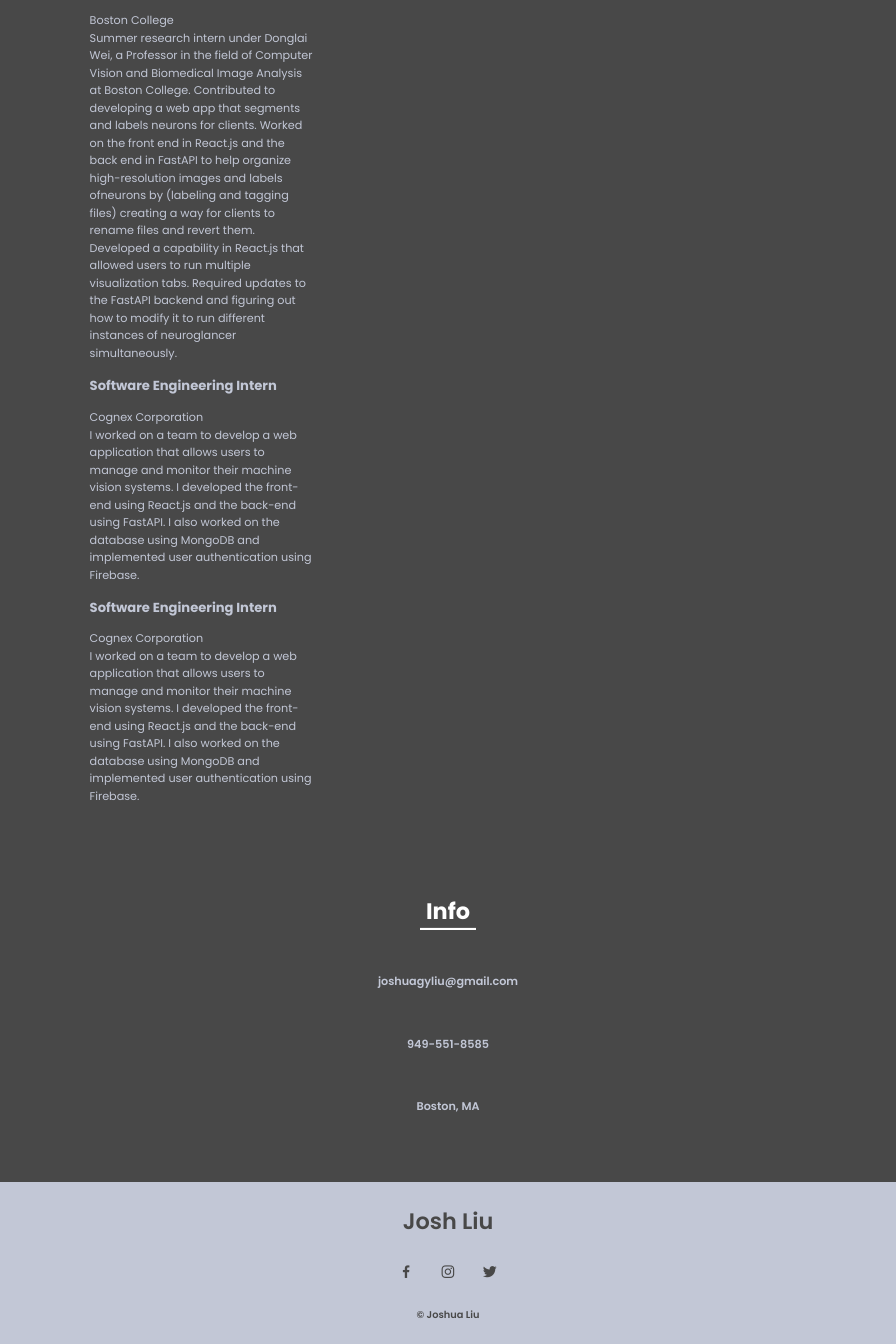
Repository: joshliu14/joshliu14.github.io
Page: index.html
An editor plug-in stored every save of this project. The page is shown before and after the next save, followed by the edit.
The browser window is 1280 px wide. The pictures show the part of the page from y = 2422 to 4342 px (the page is 4342 px tall), at 70% of full size.

Above is the page before, as saved 2024-02-01 00:34:50.

### index.html
<!DOCTYPE html>
<html lang="en">
  <head>
    <meta charset="UTF-8" />
    <meta name="viewport" content="width=device-width, initial-scale=1.0" />

    <link rel="stylesheet" href="assets/css/web.css" />

    <!-- =====BOX ICONS===== -->
    <link
      href="https://unpkg.com/boxicons@2.1.4/css/boxicons.min.css"
      rel="stylesheet"
    />

    <title>Joshua Liu</title>
  </head>
  <body>
    <!--===== HEADER =====-->
    <header class="l-header">
      <nav class="nav bd-grid">
        <div>
          <a href="#" class="nav__logo">Joshua Liu</a>
        </div>

        <div class="nav__menu" id="nav-menu">
          <ul class="nav__list">
            <li class="nav__item">
              <a href="#home" class="nav__link active-link">Home</a>
            </li>
            <li class="nav__item">
              <a href="#about" class="nav__link">About</a>
            </li>
            <li class="nav__item">
              <a href="#skills" class="nav__link">Skills</a>
            </li>
            <li class="nav__item">
              <a href="#work" class="nav__link">Experience</a>
            </li>
            <li class="nav__item">
              <a href="#contact" class="nav__link">Info</a>
            </li>
          </ul>
        </div>

        <div class="nav__toggle" id="nav-toggle">
          <i class="bx bx-menu"></i>
        </div>
      </nav>
    </header>

    <main class="l-main">
      <!--===== HOME =====-->
      <section class="home bd-grid" id="home">
        <div class="home__data">
          <h1 class="home__title">
            Hi,<br />I'm <span class="home__title-color">Josh</span><br />
          </h1>

          <a href="resume.pdf" class="button">Resume</a>
        </div>

        <div class="home__social">
          <a
            href="https://www.linkedin.com/in/joshua-liu-727847208/"
            class="home__social-icon"
            ><i class="bx bxl-linkedin"></i
          ></a>
          <a href="" class="home__social-icon"
            ><i class="bx bxl-behance"></i
          ></a>
          <a href="https://github.com/joshliu14" class="home__social-icon"
            ><i class="bx bxl-github"></i
          ></a>
        </div>

        <div class="home__img">
          <svg
            class="home__blob"
            viewBox="0 0 479 467"
            xmlns="http://www.w3.org/2000/svg"
            xmlns:xlink="http://www.w3.org/1999/xlink"
          >
            <mask id="mask0" mask-type="alpha">
              <path
                d="M9.19024 145.964C34.0253 76.5814 114.865 54.7299 184.111 29.4823C245.804 6.98884 311.86 -14.9503 370.735 14.143C431.207 44.026 467.948 107.508 477.191 174.311C485.897 237.229 454.931 294.377 416.506 344.954C373.74 401.245 326.068 462.801 255.442 466.189C179.416 469.835 111.552 422.137 65.1576 361.805C17.4835 299.81 -17.1617 219.583 9.19024 145.964Z"
              />
            </mask>
            <g mask="url(#mask0)">
              <path
                d="M9.19024 145.964C34.0253 76.5814 114.865 54.7299 184.111 29.4823C245.804 6.98884 311.86 -14.9503 370.735 14.143C431.207 44.026 467.948 107.508 477.191 174.311C485.897 237.229 454.931 294.377 416.506 344.954C373.74 401.245 326.068 462.801 255.442 466.189C179.416 469.835 111.552 422.137 65.1576 361.805C17.4835 299.81 -17.1617 219.583 9.19024 145.964Z"
              />
              <image
                class="home__blob-img"
                x="30"
                y="65"
                href="assets/img/profile.png"
              />
            </g>
          </svg>
        </div>
      </section>

      <!--===== ABOUT =====-->
      <section class="about section" id="about">
        <h2 class="section-title">About</h2>

        <div class="about__container bd-grid">
          <div class="about__img">
            <img src="assets/img/about.png" alt="" />
          </div>

          <div>
            <h2 class="about__subtitle">I'm Josh</h2>
            <p class="about__text">
              I am currently a sophomore at Brandeis University pursuing a
              degree in Computer Science and Applied Mathematics. I am eager to
              contribute my programming skills to real-world scenarios, and I am
              actively seeking software engineering internship opportunities. My
              goal is to enhance my knowledge, apply theoretical concepts in
              practical settings, and contribute meaningfully to innovative
              projects.
            </p>
          </div>
        </div>
      </section>

      <!--===== SKILLS =====-->
      <section class="skills section" id="skills">
        <h2 class="section-title">Skills</h2>

        <div class="skills__container bd-grid">
          <div>
            <h2 class="skills__subtitle">Programming/Framework/Software Skills</h2>
            <p class="skills__text">
                I have experience with the following programming languages and
                frameworks. I am also familiar with software such as Git and
                Firebase. I am always eager to learn new technologies, languages,
                and frameworks to expand my skillset.
            </p>
            <div class="skills__data">
              <div class="skills__names">
                <i class="bx bxl-java skills__icon"></i>
                <span class="skills__name">JAVA</span>
              </div>
            </div>
            <div class="skills__data">
              <div class="skills__names">
                <i class="bx bxl-javascript skills__icon"></i>
                <span class="skills__name">JAVASCRIPT</span>
              </div>
            </div>
            <div class="skills__data">
              <div class="skills__names">
                <i class="bx bxl-python skills__icon"></i>
                <span class="skills__name">PYTHON</span>
              </div>
            </div>
            <div class="skills__data">
              <div class="skills__names">
                <i class="bx bxl-c-plus-plus skills__icon"></i>
                <span class="skills__name">C++</span>
              </div>
            </div>
            <div class="skills__data">
              <div class="skills__names">
                <i class="bx bxl-html5 skills__icon"></i>
                <span class="skills__name">HTML</span>
              </div>
            </div>
            <div class="skills__data">
              <div class="skills__names">
                <i class="bx bxl-css3 skills__icon"></i>
                <span class="skills__name">CSS</span>
              </div>
            </div>
            <div class="skills__data">
              <div class="skills__names">
                <i class="bx bxl-javascript skills__icon"></i>
                <span class="skills__name">JAVA</span>
              </div>
            </div>
          </div>
          <div class="skills__column2">
            <div class="skills__data">
              <div class="skills__names">
                <i class="bx bxl-react skills__icon"></i>
                <span class="skills__name">REACT.JS</span>
              </div>
            </div>
            <div class="skills__data">
              <div class="skills__names">
                <i class="bx bxl-firebase skills__icon"></i>
                <span class="skills__name">FIREBASE</span>
              </div>
            </div>
            <div class="skills__data">
              <div class="skills__names">
                <i class="bx bxl-mongodb skills__icon"></i>
                <span class="skills__name">MONGODB</span>
              </div>
            </div>
            <div class="skills__data">
              <div class="skills__names">
                <i class="bx bxs-zap skills__icon"></i>
                <span class="skills__name">FASTAPI</span>
              </div>
            </div>
            <div class="skills__data">
              <div class="skills__names">
                <i class="bx bxl-redux skills__icon"></i>
                <span class="skills__name">REDUX</span>
              </div>
            </div>
            <div class="skills__data">
              <div class="skills__names">
                <i class="bx bxl-nodejs skills__icon"></i>
                <span class="skills__name">NODE</span>
              </div>
            </div>
            <div class="skills__data">
              <div class="skills__names">
                <i class="bx bxl-git skills__icon"></i>
                <span class="skills__name">GIT</span>
              </div>
            </div>
          </div>
      </section>

      <!--===== Experience =====-->
      <section class="work section" id="work">
        <h2 class="section-title">Experience</h2>

        <div class="work__container bd-grid">
            <div class="work__content">
                <div>
                <h3 class="work__title">Software Engineering Intern</h3>
                <span class="work__subtitle">Boston College</span>
                <p class="work__description">
                    Summer research intern under Donglai Wei, a Professor in the field of Computer Vision and Biomedical Image Analysis at Boston College. Contributed to developing a web app that segments and labels neurons for clients. Worked on the front end in React.js and the back end in FastAPI to help organize high-resolution images and labels ofneurons by (labeling and tagging files) creating a way for clients to rename files and revert them. Developed a capability in React.js that allowed users to run multiple visualization tabs. Required updates to the FastAPI backend and figuring out how to modify it to run different instances of neuroglancer simultaneously.
                </p>
                <div>
                <h3 class="work__title">Software Engineering Intern</h3>
                <span class="work__subtitle">Cognex Corporation</span>
                <p class="work__description">
                    I worked on a team to develop a web application that allows
                    users to manage and monitor their machine vision systems. I
                    developed the front-end using React.js and the back-end using
                    FastAPI. I also worked on the database using MongoDB and
                    implemented user authentication using Firebase.
                </p>
                </div>
                <div>
                <h3 class="work__title">Software Engineering Intern</h3>
                <span class="work__subtitle">Cognex Corporation</span>
                <p class="work__description">
                    I worked on a team to develop a web application that allows
                    users to manage and monitor their machine vision systems. I
                    developed the front-end using React.js and the back-end using
                    FastAPI. I also worked on the database using MongoDB and
                    implemented user authentication using Firebase.
                </p>
                </div>
            </div>
        </div>
      </section>

      <!--===== CONTACT =====-->
      <section class="contact section" id="contact">
        <h2 class="section-title">Info</h2>
        <p class="contact__input">joshuagyliu@gmail.com</p>
        <p class="contact__input">949-551-8585</p>
        <p class="contact__input">Boston, MA</p>
      </section>
    </main>

    <!--===== FOOTER =====-->
    <footer class="footer">
      <p class="footer__title">Josh Liu</p>
      <div class="footer__social">
        <a href="https://www.facebook.com/josh.liu.9847" class="footer__icon"
          ><i class="bx bxl-facebook"></i
        ></a>
        <a href="https://www.instagram.com/joshliu_" class="footer__icon"
          ><i class="bx bxl-instagram"></i
        ></a>
        <a href="https://twitter.com/jahliu" class="footer__icon"
          ><i class="bx bxl-twitter"></i
        ></a>
      </div>
      <p class="footer__copy">&#169; Joshua Liu</p>
    </footer>

    <!--===== SCROLL REVEAL =====-->
    <script src="https://unpkg.com/scrollreveal"></script>

    <!--===== MAIN JS =====-->
    <script src="assets/js/main.js"></script>
  </body>
</html>

### assets/css/web.css
/*===== GOOGLE FONTS =====*/
@import url("https://fonts.googleapis.com/css2?family=Poppins:wght@400;600;700&display=swap");
/*===== VARIABLES CSS =====*/
:root {
  --header-height: 3rem;
  --font-semi: 600;
  /*===== Colores =====*/
  /*Purple 260 - Red 355 - Blue 224 - Pink 340*/
  /* HSL color mode */
  --hue-color: 224;
  --first-color: hsl(var(--hue-color), 0%, 100%);
  --second-color: hsl(var(--hue-color), 20%, 80%);
  /*===== Fuente y tipografia =====*/
  --body-font: "Poppins", sans-serif;
  --big-font-size: 2rem;
  --h2-font-size: 1.25rem;
  --normal-font-size: 0.938rem;
  --smaller-font-size: 0.75rem;
  /*===== Margenes =====*/
  --mb-2: 1rem;
  --mb-4: 2rem;
  --mb-5: 2.5rem;
  --mb-6: 3rem;
  /*===== z index =====*/
  --z-back: -10;
  --z-fixed: 100;
}
@media screen and (min-width: 968px) {
  :root {
    --big-font-size: 3.5rem;
    --h2-font-size: 2rem;
    --normal-font-size: 1rem;
    --smaller-font-size: 0.875rem;
  }
}

/*===== BASE =====*/
*,
::before,
::after {
  box-sizing: border-box;
}

html {
  scroll-behavior: smooth;
}

body {
  margin: var(--header-height) 0 0 0;
  font-family: var(--body-font);
  font-size: var(--normal-font-size);
  color: var(--second-color);
  background-color: #484848;
}

h1,
h2,
p {
  margin: 0;
}

ul {
  margin: 0;
  padding: 0;
  list-style: none;
}

a {
  text-decoration: none;
}

img {
  max-width: 100%;
  height: auto;
  display: block;
}

/*===== CLASS CSS ===== */
.section-title {
  position: relative;
  font-size: var(--h2-font-size);
  color: var(--first-color);
  margin-top: var(--mb-2);
  margin-bottom: var(--mb-4);
  text-align: center;
}
.section-title::after {
  position: absolute;
  content: "";
  width: 64px;
  height: 0.18rem;
  left: 0;
  right: 0;
  margin: auto;
  top: 2rem;
  background-color: var(--first-color);
}

.section {
  padding-top: 3rem;
  padding-bottom: 2rem;
}

/*===== LAYOUT =====*/
.bd-grid {
  max-width: 1024px;
  display: grid;
  margin-left: var(--mb-2);
  margin-right: var(--mb-2);
}

.l-header {
  width: 100%;
  position: fixed;
  top: 0;
  left: 0;
  z-index: var(--z-fixed);
  background-color: #484848;
  box-shadow: 0 1px 4px rgba(146, 161, 176, 0.15);
}

/*===== NAV =====*/
.nav {
  height: var(--header-height);
  display: flex;
  justify-content: space-between;
  align-items: center;
  font-weight: var(--font-semi);
}
@media screen and (max-width: 767px) {
  .nav__menu {
    position: fixed;
    top: var(--header-height);
    right: -100%;
    width: 80%;
    height: 100%;
    padding: 2rem;
    background-color: var(--second-color);
    transition: 0.5s;
  }
}
.nav__item {
  margin-bottom: var(--mb-4);
}
.nav__link {
  position: relative;
  color: #fff;
}
.nav__link:hover {
  position: relative;
}
.nav__link:hover::after {
  position: absolute;
  content: "";
  width: 100%;
  height: 0.18rem;
  left: 0;
  top: 2rem;
  background-color: var(--first-color);
}
.nav__logo {
  color: var(--second-color);
}
.nav__toggle {
  color: var(--second-color);
  font-size: 1.5rem;
  cursor: pointer;
}

/*Active menu*/
.active-link::after {
  position: absolute;
  content: "";
  width: 100%;
  height: 0.18rem;
  left: 0;
  top: 2rem;
  background-color: var(--first-color);
}

/*=== Show menu ===*/
.show {
  right: 0;
}

/*===== HOME =====*/
.home {
  position: relative;
  row-gap: 5rem;
  padding: 4rem 0 5rem;
}
.home__data {
  align-self: center;
}
.home__title {
  font-size: var(--big-font-size);
  margin-bottom: var(--mb-5);
}
.home__title-color {
  color: var(--first-color);
}
.home__social {
  display: flex;
  flex-direction: column;
}
.home__social-icon {
  width: max-content;
  margin-bottom: var(--mb-2);
  font-size: 1.5rem;
  color: var(--second-color);
}
.home__social-icon:hover {
  color: var(--first-color);
}
.home__img {
  position: absolute;
  right: 0;
  bottom: 0;
  width: 260px;
}
.home__blob {
  fill: var(--first-color);
}
.home__blob-img {
  width: 400px;
}

/*BUTTONS*/
.button {
  display: inline-block;
  background-color: var(--first-color);
  color: #000000;
  padding: 0.75rem 2.5rem;
  font-weight: var(--font-semi);
  border-radius: 0.5rem;
  transition: 0.3s;
}
.button:hover {
  box-shadow: 0px 10px 36px rgba(0, 0, 0, 0.15);
}

/* ===== ABOUT =====*/
.about__container {
  row-gap: 2rem;
  text-align: center;
}
.about__subtitle {
  margin-bottom: var(--mb-2);
}
.about__img {
  justify-self: center;
}
.about__img img {
  width: 200px;
  border-radius: 0.5rem;
}

/* ===== SKILLS =====*/
.skills__container {
  row-gap: 2rem;
  text-align: center;
}
.skills__column2 {
  margin-top: 210px;
}
.skills__subtitle {
  margin-bottom: var(--mb-2);
}
.skills__text {
  margin-bottom: var(--mb-4);
}
.skills__data {
  display: flex;
  justify-content: space-between;
  align-items: center;
  position: relative;
  font-weight: var(--font-semi);
  padding: 0.5rem 1rem;
  margin-bottom: var(--mb-4);
  border-radius: 0.5rem;
  box-shadow: 0px 4px 25px rgba(14, 36, 49, 0.15);
}
.skills__icon {
  font-size: 2rem;
  margin-right: var(--mb-2);
  color: var(--first-color);
}
.skills__names {
  display: flex;
  align-items: center;
}
.skills__bar {
  position: absolute;
  left: 0;
  bottom: 0;
  background-color: var(--first-color);
  height: 0.25rem;
  border-radius: 0.5rem;
  z-index: var(--z-back);
}
.skills__html {
  width: 95%;
}
.skills__css {
  width: 85%;
}
.skills__js {
  width: 65%;
}
.skills__ux {
  width: 85%;
}
.skills__img {
  border-radius: 0.5rem;
}

/* ===== WORK =====*/
.work__container {
  row-gap: 2rem;
}
.work__img {
  box-shadow: 0px 4px 25px rgba(14, 36, 49, 0.15);
  border-radius: 0.5rem;
  overflow: hidden;
}
.work__img img {
  transition: 1s;
}
.work__img img:hover {
  transform: scale(1.1);
}

/* ===== CONTACT =====*/
.contact__input {
  text-align: center;
  font-size: var(--normal-font-size);
  font-weight: var(--font-semi);
  padding: 1rem;
  margin-bottom: var(--mb-4);
}

/* ===== FOOTER =====*/
.footer {
  background-color: var(--second-color);
  color: #484848;
  text-align: center;
  font-weight: var(--font-semi);
  padding: 2rem 0;
}
.footer__title {
  font-size: 2rem;
  margin-bottom: var(--mb-4);
}
.footer__social {
  margin-bottom: var(--mb-4);
}
.footer__icon {
  font-size: 1.5rem;
  color: #484848;
  margin: 0 var(--mb-2);
}
.footer__copy {
  font-size: var(--smaller-font-size);
}

/* ===== MEDIA QUERIES=====*/
@media screen and (max-width: 320px) {
  .home {
    row-gap: 2rem;
  }
  .home__img {
    width: 200px;
  }
}
@media screen and (min-width: 576px) {
  .home {
    padding: 4rem 0 2rem;
  }
  .home__social {
    padding-top: 0;
    padding-bottom: 2.5rem;
    flex-direction: row;
    align-self: flex-end;
  }
  .home__social-icon {
    margin-bottom: 0;
    margin-right: var(--mb-4);
  }
  .home__img {
    width: 300px;
    bottom: 25%;
  }
  .about__container {
    grid-template-columns: repeat(2, 1fr);
    align-items: center;
    text-align: initial;
  }
  .skills__container {
    grid-template-columns: 0.7fr;
    justify-content: center;
    column-gap: 1rem;
  }
  .work__container {
    grid-template-columns: repeat(2, 1fr);
    column-gap: 2rem;
    padding-top: 2rem;
  }
}
@media screen and (min-width: 768px) {
  body {
    margin: 0;
  }
  .section {
    padding-top: 4rem;
    padding-bottom: 3rem;
  }
  .section-title {
    margin-bottom: var(--mb-6);
  }
  .section-title::after {
    width: 80px;
    top: 3rem;
  }
  .nav {
    height: calc(var(--header-height) + 1.5rem);
  }
  .nav__list {
    display: flex;
    padding-top: 0;
  }
  .nav__item {
    margin-left: var(--mb-6);
    margin-bottom: 0;
  }
  .nav__toggle {
    display: none;
  }
  .nav__link {
    color: var(--second-color);
  }
  .home {
    padding: 8rem 0 2rem;
  }
  .home__img {
    width: 400px;
    bottom: 10%;
  }
  .about__container {
    padding-top: 2rem;
  }
  .about__img img {
    width: 300px;
  }
  .skills__container {
    grid-template-columns: repeat(2, 1fr);
    column-gap: 2rem;
    align-items: center;
    text-align: initial;
  }
  .work__container {
    grid-template-columns: repeat(3, 1fr);
    column-gap: 2rem;
  }
}
@media screen and (min-width: 992px) {
  .bd-grid {
    margin-left: auto;
    margin-right: auto;
  }
  .home {
    padding: 10rem 0 2rem;
  }
  .home__img {
    width: 450px;
  }
}

### assets/js/main.js
/*===== MENU SHOW =====*/
const showMenu = (toggleId, navId) => {
  const toggle = document.getElementById(toggleId),
    nav = document.getElementById(navId);

  if (toggle && nav) {
    toggle.addEventListener("click", () => {
      nav.classList.toggle("show");
    });
  }
};
showMenu("nav-toggle", "nav-menu");

/*==================== REMOVE MENU MOBILE ====================*/
const navLink = document.querySelectorAll(".nav__link");

function linkAction() {
  const navMenu = document.getElementById("nav-menu");
  // When we click on each nav__link, we remove the show-menu class
  navMenu.classList.remove("show");
}
navLink.forEach((n) => n.addEventListener("click", linkAction));

/*==================== SCROLL SECTIONS ACTIVE LINK ====================*/
const sections = document.querySelectorAll("section[id]");

const scrollActive = () => {
  const scrollDown = window.scrollY;

  sections.forEach((current) => {
    const sectionHeight = current.offsetHeight,
      sectionTop = current.offsetTop - 58,
      sectionId = current.getAttribute("id"),
      sectionsClass = document.querySelector(
        ".nav__menu a[href*=" + sectionId + "]"
      );

    if (scrollDown > sectionTop && scrollDown <= sectionTop + sectionHeight) {
      sectionsClass.classList.add("active-link");
    } else {
      sectionsClass.classList.remove("active-link");
    }
  });
};
window.addEventListener("scroll", scrollActive);

/*===== SCROLL REVEAL ANIMATION =====*/
const sr = ScrollReveal({
  origin: "top",
  distance: "60px",
  duration: 2000,
  delay: 200,
  //     reset: true
});

sr.reveal(".home__data, .about__img, .skills__subtitle, .skills__text", {});
sr.reveal(".home__img, .about__subtitle, .about__text, .skills__img", {
  delay: 400,
});
sr.reveal(".home__social-icon", { interval: 200 });
sr.reveal(".skills__data, .work__img, .contact__input", { interval: 200 });

After the next save:
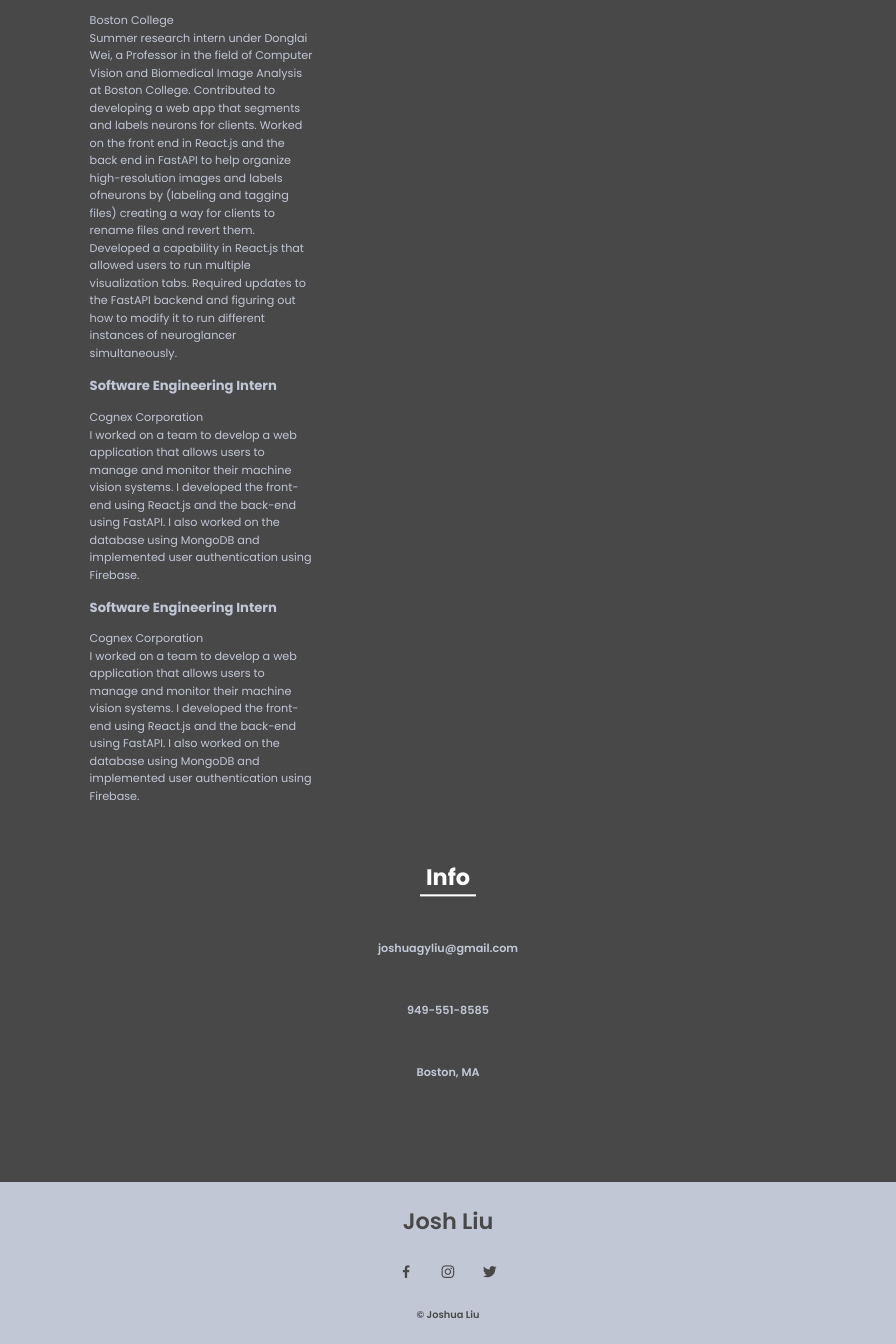
Saved 60 s later.
--- a/index.html
+++ b/index.html
@@ -238,6 +238,7 @@
                 <p class="work__description">
                     Summer research intern under Donglai Wei, a Professor in the field of Computer Vision and Biomedical Image Analysis at Boston College. Contributed to developing a web app that segments and labels neurons for clients. Worked on the front end in React.js and the back end in FastAPI to help organize high-resolution images and labels ofneurons by (labeling and tagging files) creating a way for clients to rename files and revert them. Developed a capability in React.js that allowed users to run multiple visualization tabs. Required updates to the FastAPI backend and figuring out how to modify it to run different instances of neuroglancer simultaneously.
                 </p>
+                </div>
                 <div>
                 <h3 class="work__title">Software Engineering Intern</h3>
                 <span class="work__subtitle">Cognex Corporation</span>
@@ -262,7 +263,6 @@
                 </div>
             </div>
         </div>
-      </section>
 
       <!--===== CONTACT =====-->
       <section class="contact section" id="contact">
